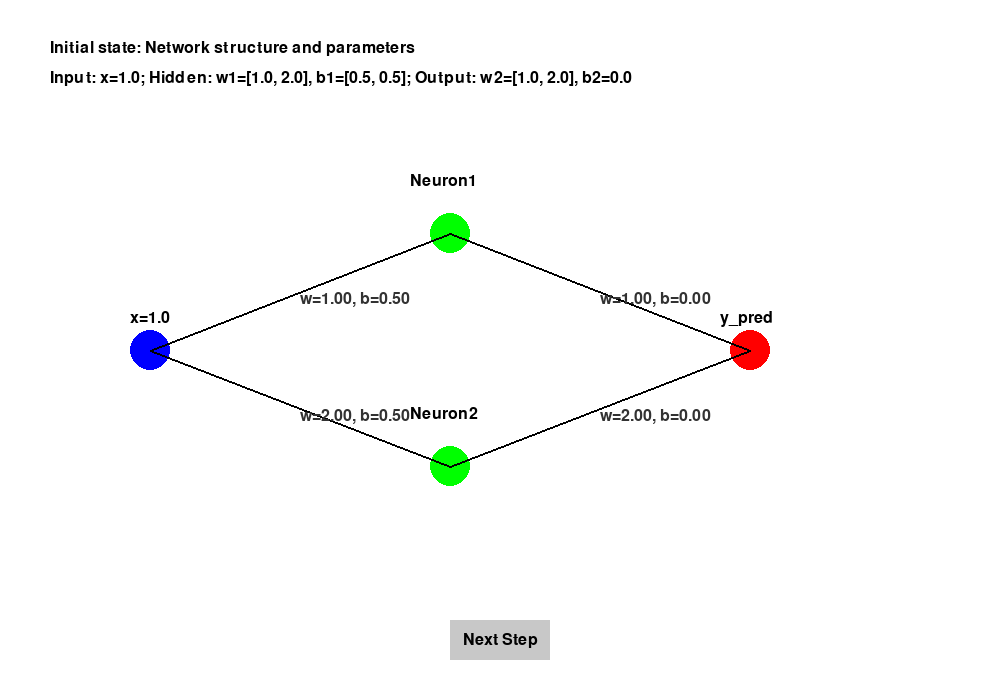
Repository: ducchuu/cnn_from_scratch
Script's output: python src/visualization/pygame_nn_simulator.py
These files come from the project's save history. The script's output is drawn as it stood at one moment and after the next save; the edit follows.
The window is shown after at most 60 frames with no key pressed. A system font it names is replaced by a similar one. Random numbers start from a fixed seed.

Above is the script's output before, as saved 2025-02-13 05:23:35.

### src/visualization/pygame_nn_simulator.py
import pygame
import sys

# 初始化 pygame
pygame.init()

# 屏幕设置
screen_width = 1000
screen_height = 700
screen = pygame.display.set_mode((screen_width, screen_height))
pygame.display.set_caption("神经网络训练过程交互式可视化")

# 设置字体
font = pygame.font.SysFont(None, 24)

# 定义各层神经元的位置
input_pos = (150, screen_height // 2)
hidden1_pos = (450, screen_height // 3)
hidden2_pos = (450, screen_height * 2 // 3)
output_pos = (750, screen_height // 2)

# 定义"下一步"按钮的位置和大小
button_rect = pygame.Rect(screen_width // 2 - 50, screen_height - 80, 100, 40)

# 预定义各步的说明文字和对应的详细信息
steps = [
    {
        "desc": "Initial state: Network structure and parameters",
        "details": "Input: x=1.0; Hidden: w1=[1.0, 2.0], b1=[0.5, 0.5]; Output: w2=[1.0, 2.0], b2=0.0",
        "highlight_paths": [],
    },
    {
        "desc": "Forward pass: Calculate hidden layer weighted input",
        "details": "z1 = [1*1.0+0.5, 1*2.0+0.5] = [1.5, 2.5]",
        "highlight_paths": [(input_pos, hidden1_pos), (input_pos, hidden2_pos)],
    },
    {
        "desc": "Forward pass: Apply ReLU activation function",
        "details": "h = ReLU(z1) = [1.5, 2.5]",
        "highlight_paths": [(hidden1_pos, hidden1_pos), (hidden2_pos, hidden2_pos)],
    },
    {
        "desc": "Forward pass: Calculate output layer output",
        "details": "y_pred = h•w2 + b2 = 1.5*1.0 + 2.5*2.0 = 6.5",
        "highlight_paths": [(hidden1_pos, output_pos), (hidden2_pos, output_pos)],
    },
    {
        "desc": "Calculate loss: Use Mean Squared Error (MSE)",
        "details": "L = 0.5*(6.5-7.0)^2 = 0.125",
        "highlight_paths": [(output_pos, output_pos)],
    },
    {
        "desc": "Backward pass: Calculate output layer gradient",
        "details": "dL/dy_pred = y_pred - target = -0.5",
        "highlight_paths": [(output_pos, output_pos)],
    },
    {
        "desc": "Backward pass: Calculate output layer weight gradient",
        "details": "grad_w2 = dL/dy_pred * h = -0.5 * [1.5, 2.5] = [-0.75, -1.25]",
        "highlight_paths": [(hidden1_pos, output_pos), (hidden2_pos, output_pos)],
    },
    {
        "desc": "Backward pass: Gradient propagation to hidden layer",
        "details": "dL/dh = dL/dy_pred * w2 = [-0.5, -1.0]",
        "highlight_paths": [(output_pos, hidden1_pos), (output_pos, hidden2_pos)],
    },
    {
        "desc": "Backward pass: Calculate hidden layer weight gradient",
        "details": "grad_w1 = dL/dz1 * x = [-0.5, -1.0]",
        "highlight_paths": [(input_pos, hidden1_pos), (input_pos, hidden2_pos)],
    },
    {
        "desc": "Parameter update: Update all layer parameters",
        "details": "new_w1=[1.05,2.1], new_b1=[0.55,0.6]; new_w2=[1.075,2.125], new_b2=0.05",
        "highlight_paths": [
            (input_pos, hidden1_pos),
            (input_pos, hidden2_pos),
            (hidden1_pos, output_pos),
            (hidden2_pos, output_pos),
        ],
    },
]

# 修改颜色定义，使用更鲜明的配色
COLORS = {
    "input_value": (0, 120, 255),  # 深蓝色
    "weights": (50, 50, 50),  # 深灰色
    "activation": (34, 139, 34),  # 森林绿
    "gradients": (220, 20, 60),  # 猩红色
    "loss": (255, 140, 0),  # 深橙色
    "updated_params": (148, 0, 211),  # 深紫色
    "neuron_label": (0, 0, 0),  # 黑色
}

# 当前步骤变量（初始为 0）
step = 0


def get_edge_text_positions(start_pos, end_pos):
    # 计算边的中点
    mid_x = (start_pos[0] + end_pos[0]) // 2
    mid_y = (start_pos[1] + end_pos[1]) // 2

    # 计算边的方向向量
    dx = end_pos[0] - start_pos[0]
    dy = end_pos[1] - start_pos[1]

    # 计算垂直于边的方向
    length = (dx * dx + dy * dy) ** 0.5
    if length != 0:
        normal_x = -dy / length
        normal_y = dx / length
    else:
        normal_x, normal_y = 0, 1

    # 返回更多的文本位置选项
    positions = {
        "top2": (mid_x + normal_x * 80, mid_y + normal_y * 80),  # 最上层
        "top1": (mid_x + normal_x * 40, mid_y + normal_y * 40),  # 上层
        "middle": (mid_x, mid_y),  # 中间
        "bottom1": (mid_x - normal_x * 40, mid_y - normal_y * 40),  # 下层
        "bottom2": (mid_x - normal_x * 80, mid_y - normal_y * 80),  # 最下层
    }
    return positions


def draw_network(screen, step):
    # 清空屏幕（填充白色）
    screen.fill((255, 255, 255))

    # 根据前向传播过程定义相关变量
    # 定义输入层的输入值
    x = 1.0
    # 计算隐藏层的加权输入 z1，根据步骤1的示例计算
    z1 = [x * 1.0 + 0.5, x * 2.0 + 0.5]  # 得到 [1.5, 2.5]
    # 使用 ReLU 激活函数计算隐藏层输出 h
    h = [max(0, val) for val in z1]  # 结果为 [1.5, 2.5]

    # 画出各层神经元：用圆圈表示
    # 输入层（蓝色）
    pygame.draw.circle(screen, (0, 0, 255), input_pos, 20)
    # 隐藏层（绿色）
    pygame.draw.circle(screen, (0, 255, 0), hidden1_pos, 20)
    pygame.draw.circle(screen, (0, 255, 0), hidden2_pos, 20)
    # 输出层（红色）
    pygame.draw.circle(screen, (255, 0, 0), output_pos, 20)

    # 画出各层之间的连线
    pygame.draw.line(screen, (0, 0, 0), input_pos, hidden1_pos, 2)
    pygame.draw.line(screen, (0, 0, 0), input_pos, hidden2_pos, 2)
    pygame.draw.line(screen, (0, 0, 0), hidden1_pos, output_pos, 2)
    pygame.draw.line(screen, (0, 0, 0), hidden2_pos, output_pos, 2)

    # 在输入层节点旁显示 x=1.0
    text = font.render("x=1.0", True, (0, 0, 0))
    screen.blit(text, (input_pos[0] - 20, input_pos[1] - 40))

    # 在隐藏层节点旁显示神经元标签
    text = font.render("Neuron1", True, COLORS["neuron_label"])
    screen.blit(text, (hidden1_pos[0] - 40, hidden1_pos[1] - 60))
    text = font.render("Neuron2", True, COLORS["neuron_label"])
    screen.blit(text, (hidden2_pos[0] - 40, hidden2_pos[1] - 60))

    # 在输出层节点旁显示 y_pred 标签
    text = font.render("y_pred", True, (0, 0, 0))
    screen.blit(text, (output_pos[0] - 30, output_pos[1] - 40))

    # 获取边的文本位置
    input_hidden1_pos = get_edge_text_positions(input_pos, hidden1_pos)
    input_hidden2_pos = get_edge_text_positions(input_pos, hidden2_pos)
    hidden1_output_pos = get_edge_text_positions(hidden1_pos, output_pos)
    hidden2_output_pos = get_edge_text_positions(hidden2_pos, output_pos)

    # 按照显示优先级绘制文本
    # 1. 首先显示权重和偏置（在中间位置）
    if step < 9:
        # 初始参数
        text = font.render(f"w=1.00, b=0.50", True, COLORS["weights"])
        screen.blit(text, input_hidden1_pos["middle"])
        text = font.render(f"w=2.00, b=0.50", True, COLORS["weights"])
        screen.blit(text, input_hidden2_pos["middle"])

        text = font.render(f"w=1.00, b=0.00", True, COLORS["weights"])
        screen.blit(text, hidden1_output_pos["middle"])
        text = font.render(f"w=2.00, b=0.00", True, COLORS["weights"])
        screen.blit(text, hidden2_output_pos["middle"])
    else:
        # 更新后的参数
        text = font.render(f"w=1.05, b=0.55", True, COLORS["updated_params"])
        screen.blit(text, input_hidden1_pos["middle"])
        text = font.render(f"w=2.10, b=0.60", True, COLORS["updated_params"])
        screen.blit(text, input_hidden2_pos["middle"])

        text = font.render(f"w=1.075, b=0.05", True, COLORS["updated_params"])
        screen.blit(text, hidden1_output_pos["middle"])
        text = font.render(f"w=2.125, b=0.05", True, COLORS["updated_params"])
        screen.blit(text, hidden2_output_pos["middle"])

    # 2. 显示梯度信息（强制错位）
    if step >= 6:
        # 输出层权重梯度（左右路径分开显示）
        text = font.render("grad_w2 = [-0.75", True, COLORS["gradients"])
        screen.blit(
            text,
            (hidden1_output_pos["top1"][0] - 30, hidden1_output_pos["top1"][1] - 15),
        )
        text = font.render(", -1.25]", True, COLORS["gradients"])
        screen.blit(
            text,
            (hidden2_output_pos["top2"][0] + 30, hidden2_output_pos["top2"][1] + 15),
        )

    if step >= 7:
        # 隐藏层梯度（分两行显示）
        text = font.render("dL/dh", True, COLORS["gradients"])
        screen.blit(
            text,
            (hidden1_output_pos["bottom1"][0] - 40, hidden1_output_pos["bottom1"][1]),
        )
        text = font.render("= [-0.5, -1.0]", True, COLORS["gradients"])
        screen.blit(
            text,
            (hidden2_output_pos["bottom2"][0] + 40, hidden2_output_pos["bottom2"][1]),
        )

    if step >= 8:
        # 输入层权重梯度（分左右显示）
        text = font.render("grad_w1 (left)", True, COLORS["gradients"])
        screen.blit(
            text,
            (input_hidden1_pos["top1"][0] - 100, input_hidden1_pos["top1"][1] - 20),
        )
        text = font.render("= -0.5", True, COLORS["gradients"])
        screen.blit(
            text, (input_hidden1_pos["top1"][0] - 100, input_hidden1_pos["top1"][1] + 0)
        )

        text = font.render("grad_w1 (right)", True, COLORS["gradients"])
        screen.blit(
            text, (input_hidden2_pos["top2"][0] + 60, input_hidden2_pos["top2"][1] - 20)
        )
        text = font.render("= -1.0", True, COLORS["gradients"])
        screen.blit(
            text, (input_hidden2_pos["top2"][0] + 60, input_hidden2_pos["top2"][1] + 0)
        )

    # 3. 节点值显示（使用更大的间距）
    if step >= 1:
        # 调整隐藏层z值的显示位置到节点上方
        text = font.render(f"z={z1[0]:.1f}", True, COLORS["activation"])
        screen.blit(text, (hidden1_pos[0] + 30, hidden1_pos[1] - 70))  # 上移20像素
        text = font.render(f"z={z1[1]:.1f}", True, COLORS["activation"])
        screen.blit(text, (hidden2_pos[0] + 30, hidden2_pos[1] - 70))  # 上移20像素

    if step >= 2:
        # 调整隐藏层h值的显示位置到节点下方
        text = font.render(f"h={h[0]:.1f}", True, COLORS["activation"])
        screen.blit(text, (hidden1_pos[0] + 30, hidden1_pos[1] + 20))  # 下移20像素
        text = font.render(f"h={h[1]:.1f}", True, COLORS["activation"])
        screen.blit(text, (hidden2_pos[0] + 30, hidden2_pos[1] + 20))  # 下移20像素

    # 4. 输出层信息（使用更大的垂直间距）
    if step >= 3:
        text = font.render("y_pred=6.5", True, COLORS["gradients"])
        screen.blit(text, (output_pos[0] + 40, output_pos[1] - 40))  # 上移20像素

    if step >= 4:
        text = font.render("L = 0.125", True, COLORS["loss"])
        screen.blit(text, (output_pos[0] + 40, output_pos[1] + 60))  # 下移20像素

    if step >= 5:
        text = font.render("dL/dy_pred = -0.5", True, COLORS["gradients"])
        screen.blit(text, (output_pos[0] + 40, output_pos[1] + 10))  # 保持原有位置

    # 在屏幕顶部显示当前步骤的说明
    current_step = steps[step]
    step_text = font.render(current_step["desc"], True, (0, 0, 0))
    screen.blit(step_text, (50, 40))
    detail_text = font.render(current_step["details"], True, (0, 0, 0))
    screen.blit(detail_text, (50, 70))

    # 调整"Next Step"按钮样式
    pygame.draw.rect(screen, (200, 200, 200), button_rect)
    button_text = font.render("Next Step", True, (0, 0, 0))
    button_text_rect = button_text.get_rect(center=button_rect.center)
    screen.blit(button_text, button_text_rect)

    # 绘制高亮路径
    current_step = steps[step]
    for path in current_step["highlight_paths"]:
        pygame.draw.line(screen, (255, 255, 0), path[0], path[1], 4)  # 黄色高亮


# 主循环
clock = pygame.time.Clock()
running = True

while running:
    clock.tick(30)  # 控制帧率 30 FPS

    for event in pygame.event.get():
        if event.type == pygame.QUIT:
            running = False
            break

        # 点击鼠标按钮（仅响应按钮范围内的点击）
        if event.type == pygame.MOUSEBUTTONDOWN:
            if button_rect.collidepoint(event.pos):
                if step < len(steps) - 1:
                    step += 1
                else:
                    # 如果已完成所有步骤，则重置回初始状态
                    step = 0

    # 绘制网络和步骤信息
    draw_network(screen, step)

    # 更新屏幕
    pygame.display.flip()

pygame.quit()
sys.exit()

After the next save:
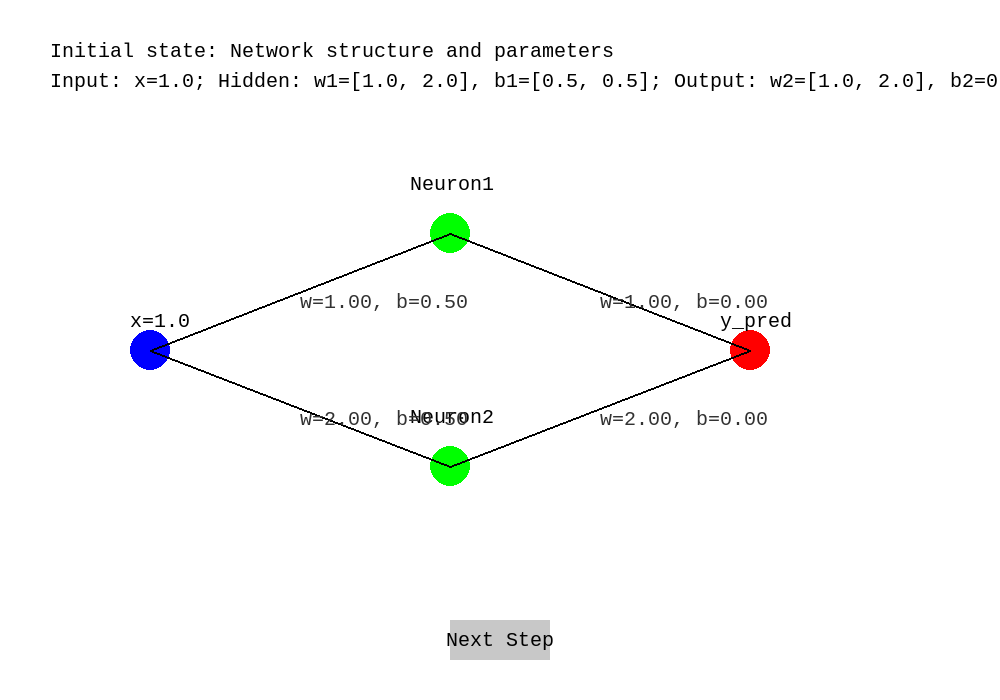
Saved 3 min 20 s later.
--- a/src/visualization/pygame_nn_simulator.py
+++ b/src/visualization/pygame_nn_simulator.py
@@ -11,7 +11,7 @@ screen = pygame.display.set_mode((screen_width, screen_height))
 pygame.display.set_caption("神经网络训练过程交互式可视化")
 
 # 设置字体
-font = pygame.font.SysFont(None, 24)
+font = pygame.font.SysFont("Consolas", 20)  # 使用等宽字体，缩小字号
 
 # 定义各层神经元的位置
 input_pos = (150, screen_height // 2)
@@ -171,6 +171,9 @@ def draw_network(screen, step):
     hidden1_output_pos = get_edge_text_positions(hidden1_pos, output_pos)
     hidden2_output_pos = get_edge_text_positions(hidden2_pos, output_pos)
 
+    # 新增屏幕边界检测
+    screen_rect = screen.get_rect()
+
     # 按照显示优先级绘制文本
     # 1. 首先显示权重和偏置（在中间位置）
     if step < 9:
@@ -198,51 +201,39 @@ def draw_network(screen, step):
 
     # 2. 显示梯度信息（强制错位）
     if step >= 6:
-        # 输出层权重梯度（左右路径分开显示）
-        text = font.render("grad_w2 = [-0.75", True, COLORS["gradients"])
-        screen.blit(
-            text,
-            (hidden1_output_pos["top1"][0] - 30, hidden1_output_pos["top1"][1] - 15),
+        # 分两行显示
+        text_line1 = font.render("grad_w2 =", True, COLORS["gradients"])
+        text_line2 = font.render("[-0.75, -1.25]", True, COLORS["gradients"])
+
+        # 计算安全位置
+        base_x = min(
+            max((hidden1_pos[0] + output_pos[0]) // 2 - 50, 20), screen_width - 120
         )
-        text = font.render(", -1.25]", True, COLORS["gradients"])
-        screen.blit(
-            text,
-            (hidden2_output_pos["top2"][0] + 30, hidden2_output_pos["top2"][1] + 15),
+        base_y = min(
+            max((hidden1_pos[1] + output_pos[1]) // 2 - 30, 20), screen_height - 60
         )
 
+        screen.blit(text_line1, (base_x, base_y))
+        screen.blit(text_line2, (base_x, base_y + 20))
+
     if step >= 7:
-        # 隐藏层梯度（分两行显示）
-        text = font.render("dL/dh", True, COLORS["gradients"])
-        screen.blit(
-            text,
-            (hidden1_output_pos["bottom1"][0] - 40, hidden1_output_pos["bottom1"][1]),
+        text = font.render("dL/dh = [-0.5, -1.0]", True, COLORS["gradients"])
+        text_rect = text.get_rect()
+        # 定位到隐藏层中间
+        text_rect.center = (
+            (hidden1_pos[0] + hidden2_pos[0]) // 2,
+            (hidden1_pos[1] + hidden2_pos[1]) // 2 + 40,
         )
-        text = font.render("= [-0.5, -1.0]", True, COLORS["gradients"])
-        screen.blit(
-            text,
-            (hidden2_output_pos["bottom2"][0] + 40, hidden2_output_pos["bottom2"][1]),
-        )
+        text_rect.clamp_ip(screen_rect)
+        screen.blit(text, text_rect)
 
     if step >= 8:
-        # 输入层权重梯度（分左右显示）
-        text = font.render("grad_w1 (left)", True, COLORS["gradients"])
-        screen.blit(
-            text,
-            (input_hidden1_pos["top1"][0] - 100, input_hidden1_pos["top1"][1] - 20),
-        )
-        text = font.render("= -0.5", True, COLORS["gradients"])
-        screen.blit(
-            text, (input_hidden1_pos["top1"][0] - 100, input_hidden1_pos["top1"][1] + 0)
-        )
-
-        text = font.render("grad_w1 (right)", True, COLORS["gradients"])
-        screen.blit(
-            text, (input_hidden2_pos["top2"][0] + 60, input_hidden2_pos["top2"][1] - 20)
-        )
-        text = font.render("= -1.0", True, COLORS["gradients"])
-        screen.blit(
-            text, (input_hidden2_pos["top2"][0] + 60, input_hidden2_pos["top2"][1] + 0)
-        )
+        text = font.render("grad_w1 = [-0.5, -1.0]", True, COLORS["gradients"])
+        text_rect = text.get_rect()
+        # 定位到输入层下方
+        text_rect.midtop = (input_pos[0], input_pos[1] + 50)
+        text_rect.clamp_ip(screen_rect)
+        screen.blit(text, text_rect)
 
     # 3. 节点值显示（使用更大的间距）
     if step >= 1:
@@ -266,7 +257,9 @@ def draw_network(screen, step):
 
     if step >= 4:
         text = font.render("L = 0.125", True, COLORS["loss"])
-        screen.blit(text, (output_pos[0] + 40, output_pos[1] + 60))  # 下移20像素
+        text_rect = text.get_rect(top=output_pos[1] + 40, left=output_pos[0] + 40)
+        text_rect.clamp_ip(screen_rect)  # 强制限制在屏幕内
+        screen.blit(text, text_rect)
 
     if step >= 5:
         text = font.render("dL/dy_pred = -0.5", True, COLORS["gradients"])
